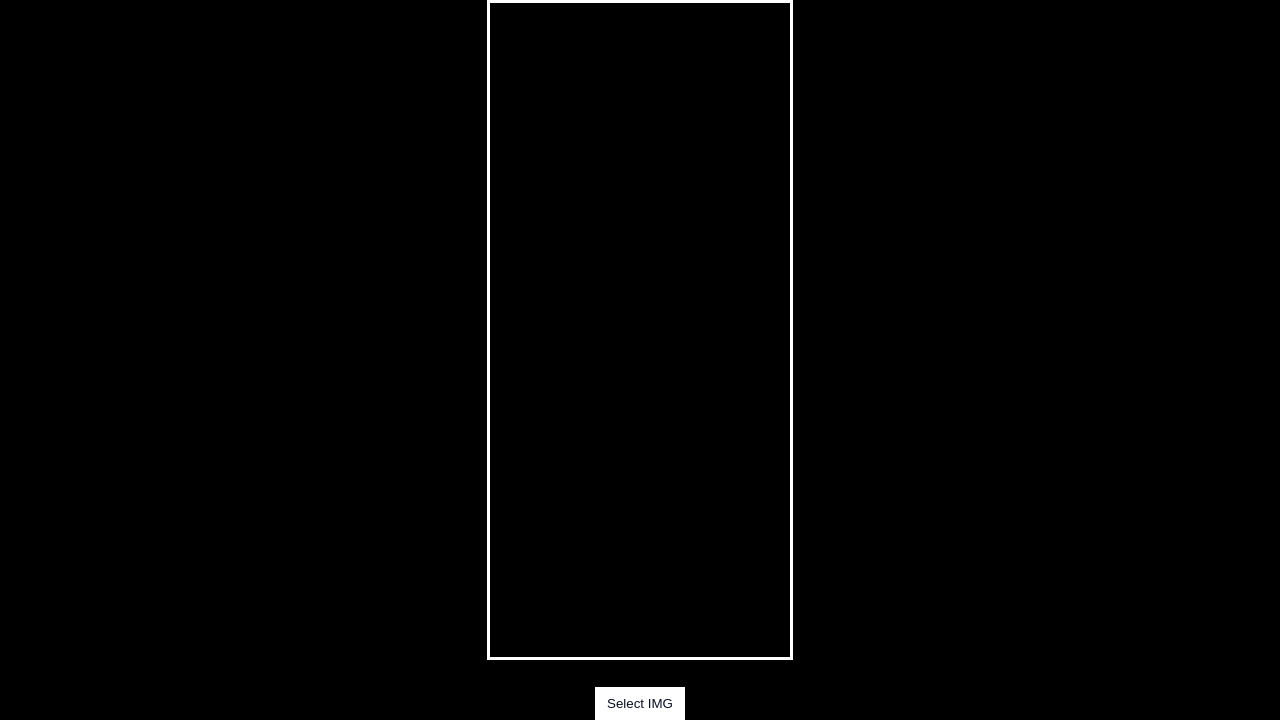
Repository: HOANGKHONGTANCRUSH/APPTenofflowAI
Page: /
These files come from the project's save history. The page is drawn as it stood at one moment and after the next save; the edit follows.
The browser window is 1280 px wide. The pictures show the whole page.
The project was rebuilt for these pictures with package versions that can differ from the ones it lists, and the page was loaded fresh each time. Also part of the build but not shown: src/App.css.

Above is the page before, as saved 2024-01-28 11:25:32.

After the next save:
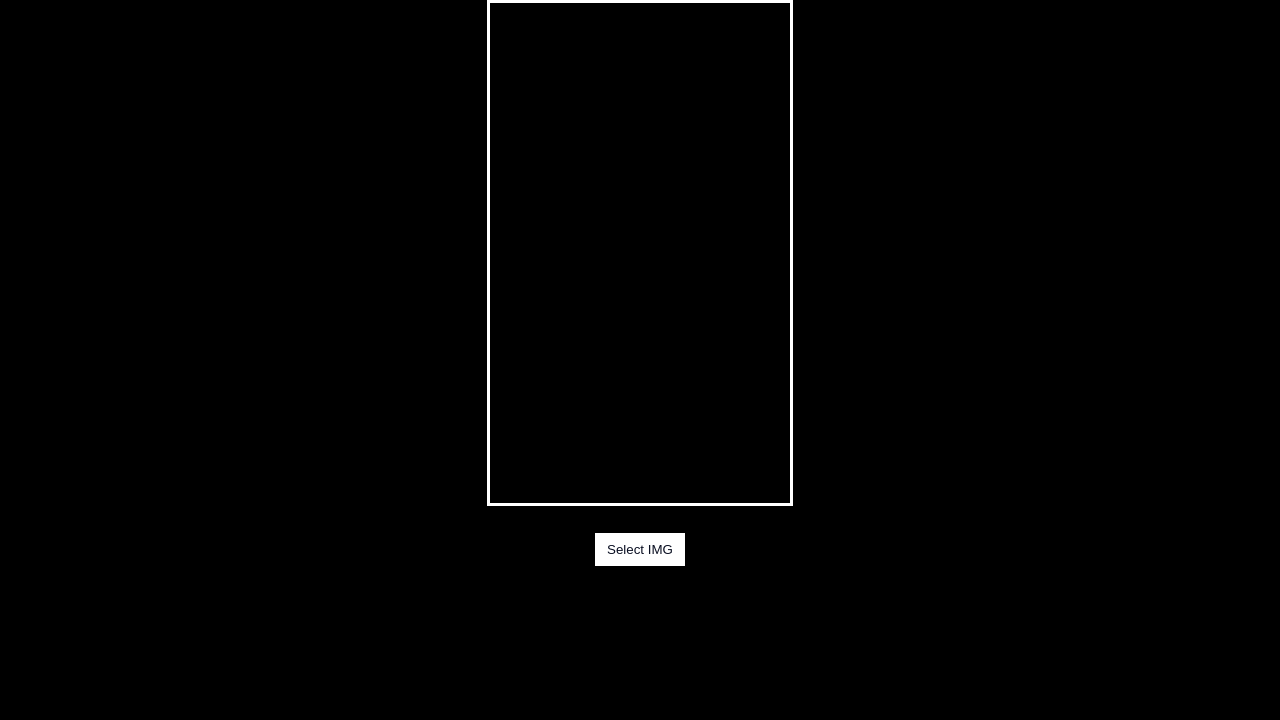
Saved 37 s later.
--- a/src/components/objectDetector/index.jsx
+++ b/src/components/objectDetector/index.jsx
@@ -15,7 +15,7 @@ const ObjectDetectorContainer = styled.div`
 
 const DetectorContainer = styled.div`
   width: 300px;
-  height: 700px;
+  height: 500px;
   border: 3px solid #fff;
   display: flex;
   align-items: center;
